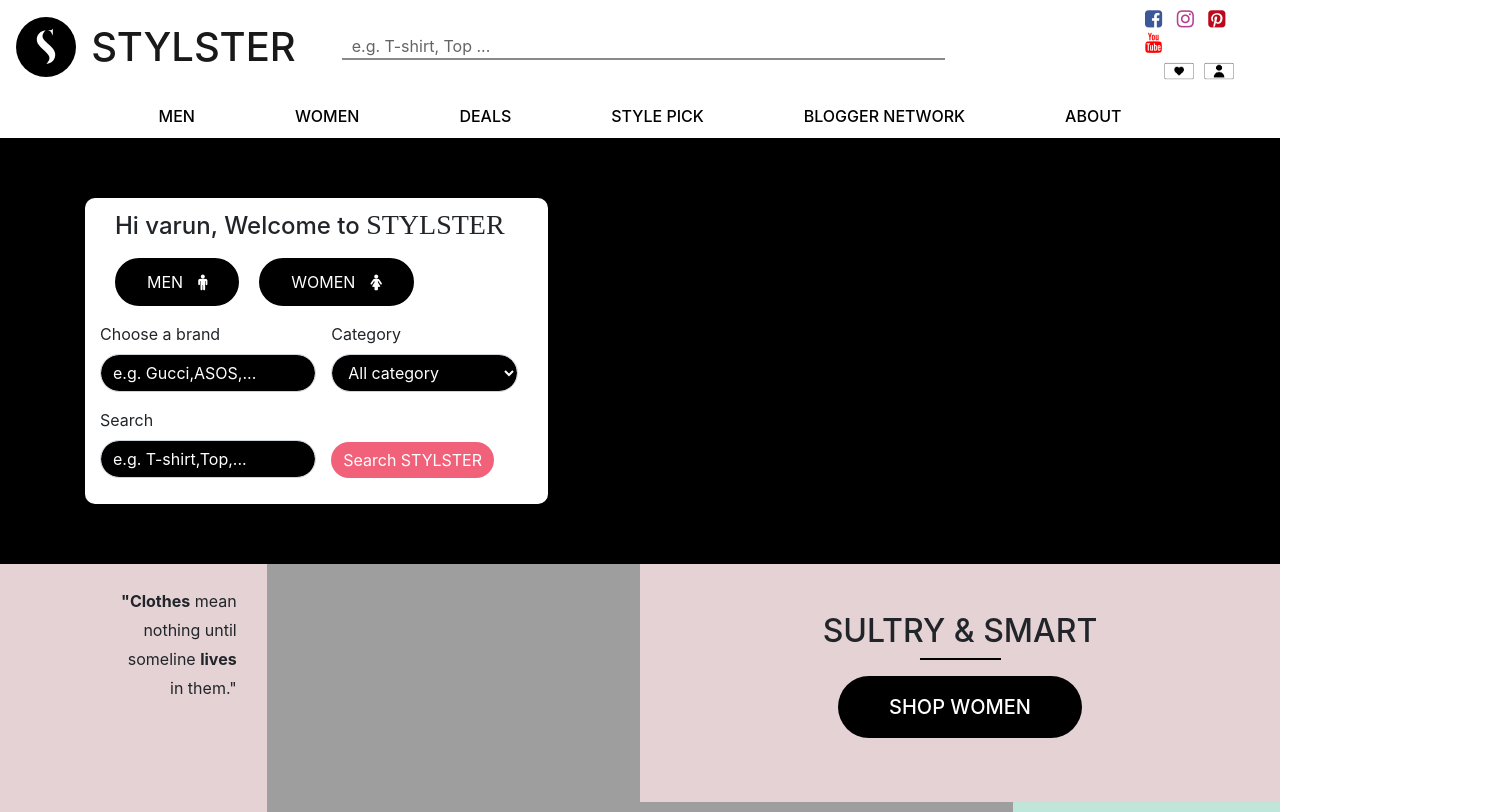
Repository: Lovekr/stylester
Page: stylster_frontend_design/index.html
An editor plug-in stored every save of this project. The page is shown before and after the next save, followed by the edit.
The browser window is 1280 px wide. The page is 1502 px wide, so the pictures cover 1502 px, including what lies to the right of the window. The pictures show the part of the page from y = 0 to 812 px (the page is 4577 px tall).
Pictures or frames that could not be fetched are drawn as grey boxes. Some web fonts or font styles are not loaded; a fallback is used.

Above is the page before, as saved 2020-03-09 11:33:35.

After the next save:
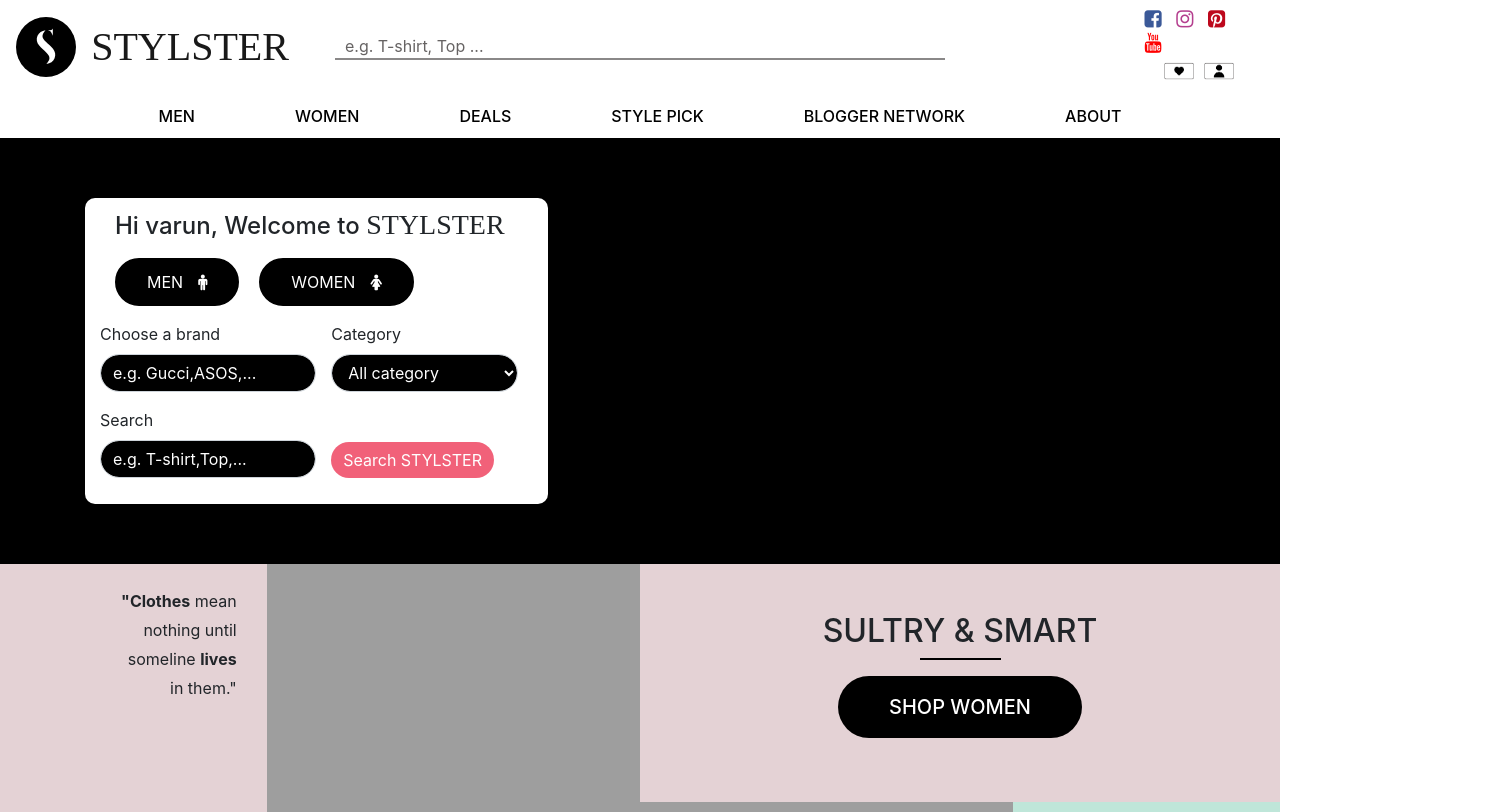
Saved 59 s later.
--- a/stylster_frontend_design/index.html
+++ b/stylster_frontend_design/index.html
@@ -15,7 +15,7 @@
     <div id="navbar">
         <nav class="navbar navbar-expand-lg navbar-light">
             <img class="addright"
-            src="./asset/stylster logo1-01.svg"><a class="navbar-brand" href="#">STYLSTER</a>
+            src="./asset/stylster logo1-01.svg"><a class="navbar-brand headingfont" href="#">STYLSTER</a>
 
           <button class="navbar-toggler" type="button" data-toggle="collapse" data-target="#navbarSupportedContent" aria-controls="navbarSupportedContent" aria-expanded="false" aria-label="Toggle navigation">
             <span class="navbar-toggler-icon"></span>
